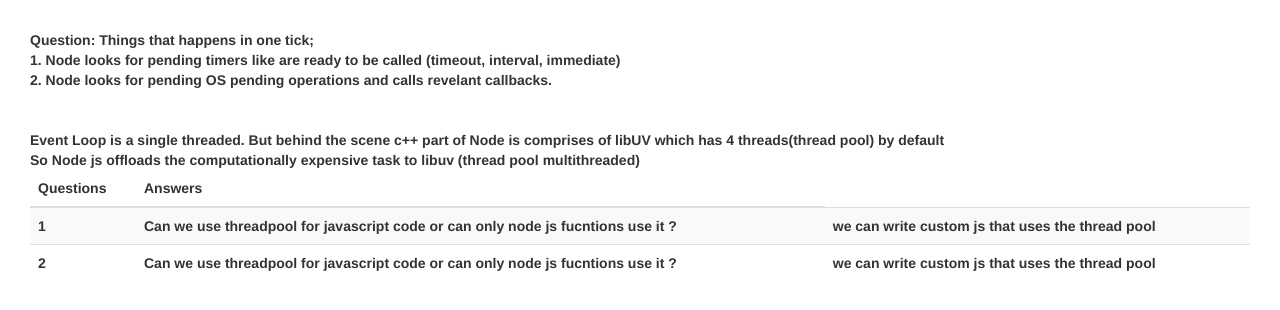
Repository: rahil001/preparation
Page: javascriptPrac/index.html
These files come from the project's save history. The page is drawn as it stood at one moment and after the next save; the edit follows.
The browser window is 1280 px wide. The pictures show the whole page.

Above is the page before, as saved 2019-10-27 22:06:39.

### javascriptPrac/index.html
<!DOCTYPE html>
<html lang="en">
<head>
    <meta charset="UTF-8">
    <title>getting started with javascript</title>
    <link rel="stylesheet" href="https://maxcdn.bootstrapcdn.com/bootstrap/3.3.7/css/bootstrap.min.css  ">
    <style>
        body, .jumbotron{
            padding: 30px;
        }
        .text-giant{
            font-size: 40px;
        }
        .singleT {
            margin-top: 40px;
        }
    </style>
</head>
<body>
<div class>
    <b>Question: Things that happens in one tick;<b>
    <div>
        <div>
        1. Node looks for pending timers like  are ready to be called (timeout, interval, immediate)
        </div>
        <div>
        2. Node looks for pending OS pending operations and calls revelant callbacks.
        </div>
    </div>
    <div class="singleT">
        Event Loop is a single threaded. But behind the scene c++ part of Node is comprises of libUV which has 4 threads(thread pool) by default
        <div>So Node js offloads the computationally expensive task to libuv (thread pool multithreaded)</div>
    </div>
<table class="table table-striped w-auto">
        <thead>
          <tr>
            <th>Questions</th>
            <th>Answers</th>
          </tr>
        </thead>
        <tbody>
          <tr class="table-info">
            <th scope="row">1</th>
            <td>Can we use threadpool for javascript code or can only node js fucntions use it ?</td>
            <td>we can write custom js that uses the thread pool</td>
          </tr>
          <tr class="table-info">
            <th scope="row">2</th>
            <td>Can we use threadpool for javascript code or can only node js fucntions use it ?</td>
            <td>we can write custom js that uses the thread pool</td>
          </tr>
        </tbody>
      </table>

</div>
<script src="app.js"></script>
</body>
</html>

Loaded but not shown: javascriptPrac/app.js (no copy from this time; the picture is the same without it)

After the next save:
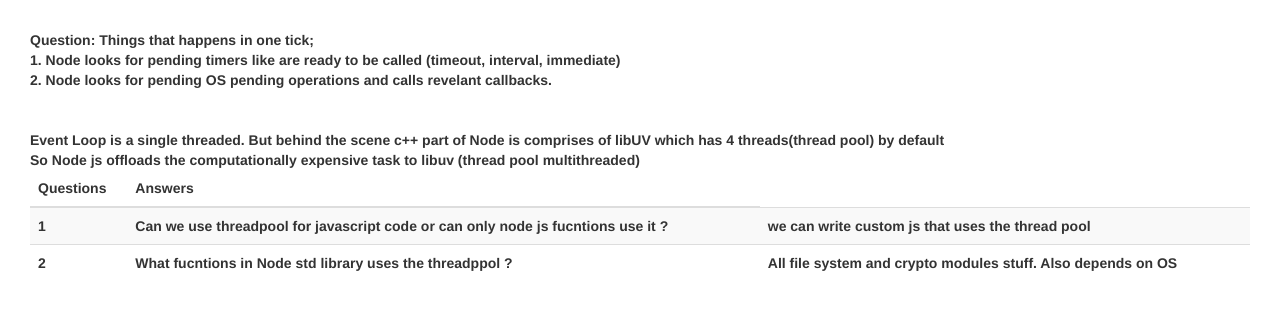
Saved 90 s later.
--- a/javascriptPrac/index.html
+++ b/javascriptPrac/index.html
@@ -46,8 +46,8 @@
           </tr>
           <tr class="table-info">
             <th scope="row">2</th>
-            <td>Can we use threadpool for javascript code or can only node js fucntions use it ?</td>
-            <td>we can write custom js that uses the thread pool</td>
+            <td>What fucntions in Node std library uses the threadppol ?</td>
+            <td>All file system and crypto modules stuff. Also depends on OS</td>
           </tr>
         </tbody>
       </table>
